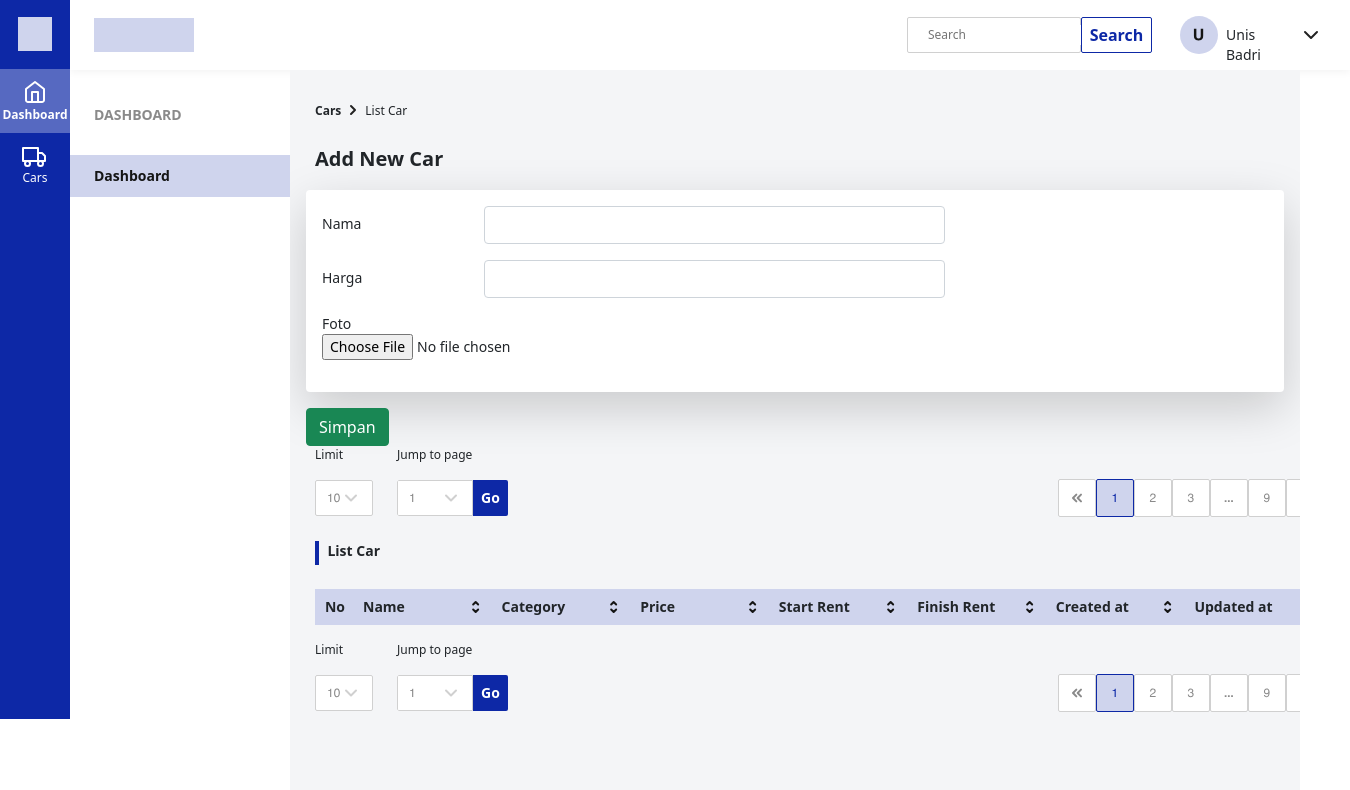
Repository: farrelmuhammad/challenge-7-binar
Page: /carlist/add
An editor plug-in stored every save of this project. The page is shown before and after the next save, followed by the edit.
The browser window is 1280 px wide. The page is 1350 px wide, so the pictures cover 1350 px, including what lies to the right of the window. The pictures show the whole page.
The project was rebuilt for these pictures with package versions that can differ from the ones it lists, and the page was loaded fresh each time. Also part of the build but not shown: src/component/navbar.js, src/component/header.js, src/component/footer.js, src/App.js, src/component/admin/Dashboard/index.jsx, src/pages/admin/Dashboard.js, src/component/admin/Cars/index.jsx, src/pages/admin/CarsList.js and 2 more.

Above is the page before, as saved 2022-05-27 21:19:28.

After the next save:
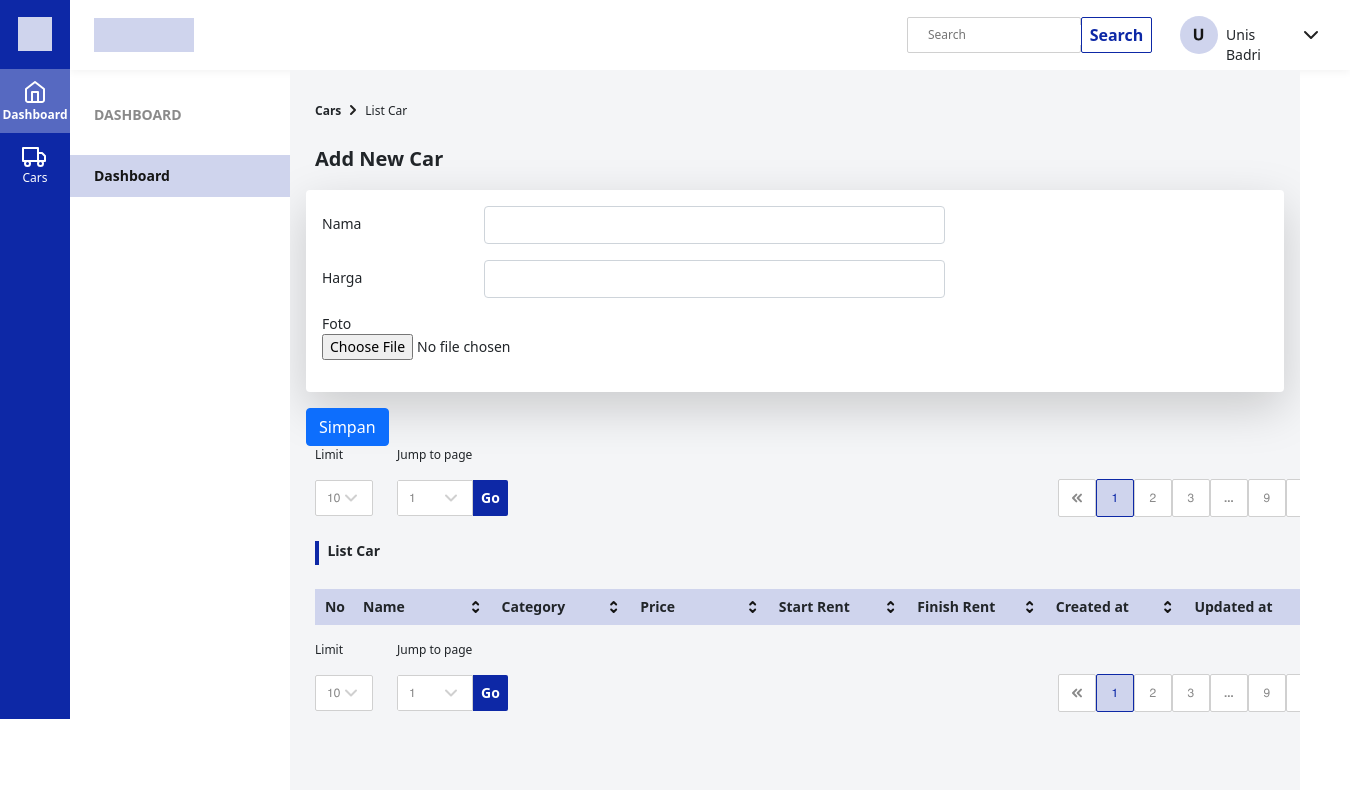
Saved 18 s later.
--- a/src/component/admin/Cars/add/index.jsx
+++ b/src/component/admin/Cars/add/index.jsx
@@ -38,7 +38,7 @@ export const AddCar = () => {
 
                 </form>
                         <div className="d-grid gap-2 d-md-flex justify-content-md-start ms-3">
-                            <button className="btn btn-success" type="button">Simpan</button>
+                            <button className="btn btn-primary" type="button">Simpan</button>
                         </div>
 
                 {/* table navigation */}
